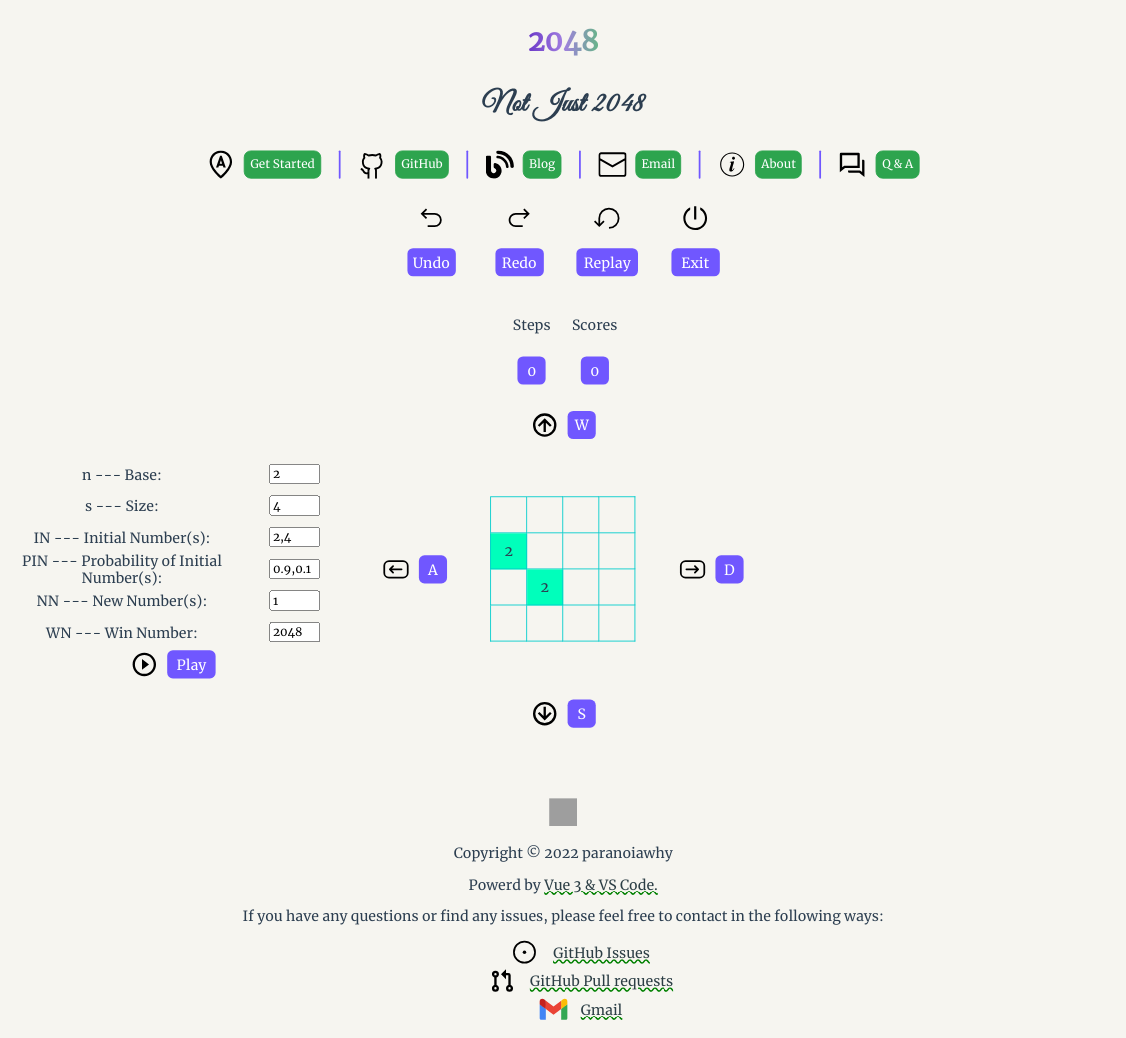
Repository: 321paranoiawhy/2048
Page: /
These files come from the project's save history. The page is drawn as it stood at one moment and after the next save; the edit follows.
The browser window is 1280 px wide. The pictures show the whole page, at 88% of full size.
Pictures or frames that could not be fetched are drawn as grey boxes. The project was rebuilt for these pictures with package versions that can differ from the ones it lists, and the page was loaded fresh each time. Also part of the build but not shown: vue.config.js.

Above is the page before, as saved 2022-04-29 20:45:59.

### src/App.vue
<template>
    <router-view />
</template>

<style lang="scss">
// 字体
@font-face {
    font-family: Merriweather-Regular;
    src: url(/src/assets/fonts/Merriweather-Regular.ttf);
}
#app {
    font-family: Merriweather-Regular;
    -webkit-font-smoothing: antialiased;
    -moz-osx-font-smoothing: grayscale;
    text-align: center;
    color: #2c3e50;
}
// 网页背景色 https://manuelmoreale.com/
html {
    background-color: #f6f5f0;
    scroll-behavior: smooth;
}
nav {
    padding: 30px;

    a {
        font-weight: bold;
        color: #2c3e50;

        &.router-link-exact-active {
            color: #42b983;
        }
    }
}
</style>

### src/components/footer.vue
<template>
    <!-- https://www.rapidtables.com/web/html/html-codes/html-code-copyright.html -->
    <!-- &copy; -->
    <!-- &#9400; -->
    <footer>
        <img
            src="../assets/images/IcRoundKeyboardDoubleArrowDown.svg"
            alt="DoubleArrowDown"
            class="double-arrow-down"
        />
        <p>Copyright &copy; 2022 paranoiawhy</p>
        <p>Powerd by <a>Vue 3 & VS Code.</a></p>
        <p>
            If you have any questions or find any issues, please feel free to
            contact in the following ways:
        </p>
        <ul>
            <li>
                <img src="../assets/images/CodiconIssues.svg" alt="" />
                <a
                    href="https://github.com/321paranoiawhy/2048-Vue/issues"
                    target="_blank"
                    >GitHub Issues
                </a>
            </li>
            <li>
                <img src="../assets/images/MdiSourcePull.svg" alt="" />
                <a
                    href="https://github.com/321paranoiawhy/2048-Vue/pulls"
                    target="_blank"
                    >GitHub Pull requests
                </a>
            </li>
            <li>
                <img src="../assets/images/LogosGoogleGmail.svg" alt="" />
                <a href="mailto:paranoiawhy@gmail.com">Gmail</a>
            </li>
        </ul>
    </footer>
</template>

<script>
export default {
    name: "Footer",
};
</script>

<style lang="scss">
// 定义图标尺寸
$width-height: 32px;
// 文字波浪下划线 https://developer.mozilla.org/zh-CN/docs/Web/CSS/text-decoration
footer a {
    text-decoration: green wavy underline;
    color: #2c3e45;
}
footer {
    margin-top: 80px;
    & .double-arrow-down {
        width: $width-height;
        height: $width-height;
    }
    & ul {
        width: fit-content;
        margin-left: auto;
        margin-right: auto;
        & li {
            display: flex;
            justify-content: center;
            align-items: center;
            & img {
                width: $width-height;
                height: $width-height;
                margin-right: 15px;
            }
        }
    }
}
</style>

Loaded but not shown: public/index.html (common file); src/main.js (common file); src/store/index.js (common file); src/router/index.js (41 lines, source omitted); src/views/HomeView.vue (1187 lines, source omitted)

After the next save:
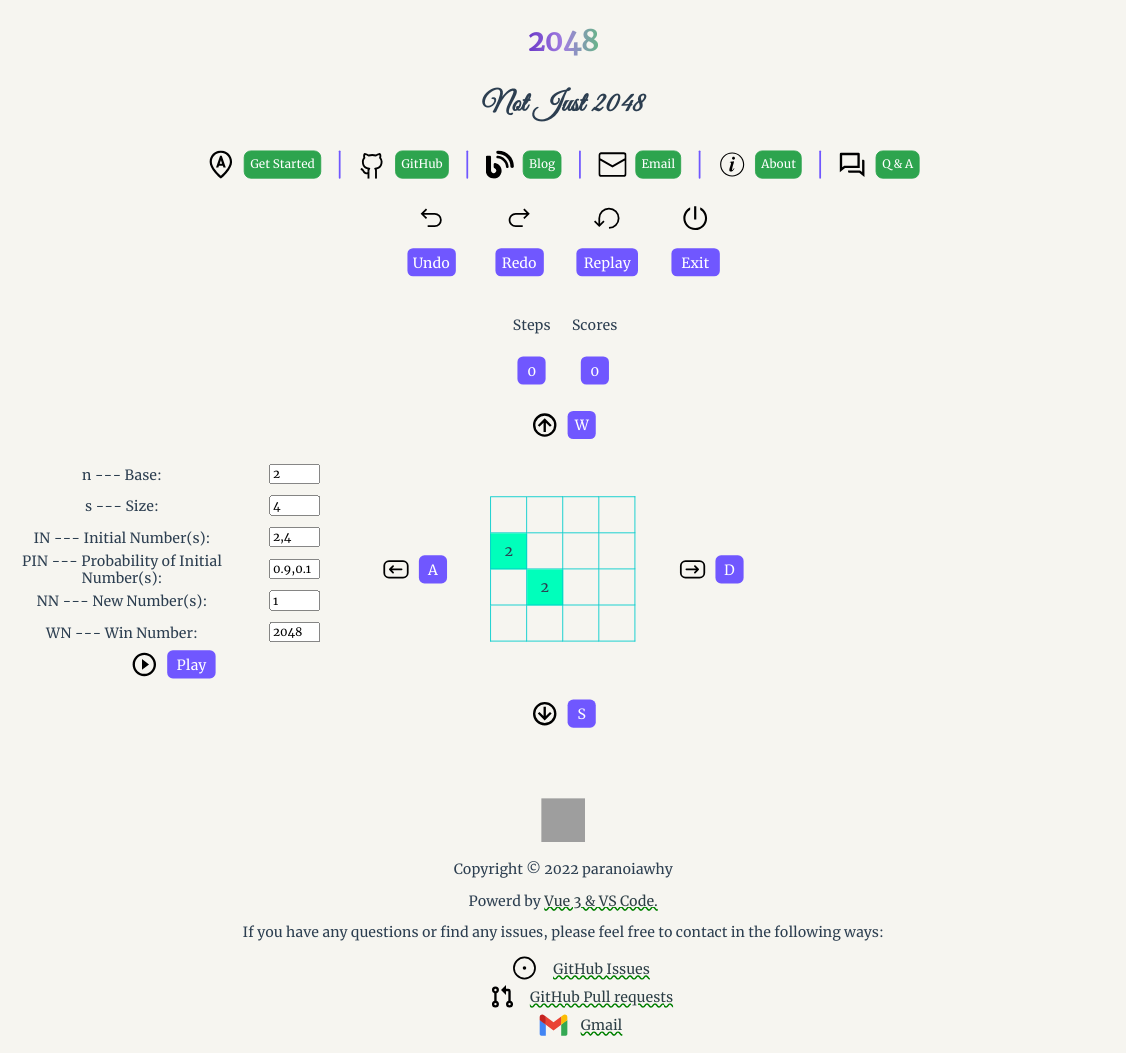
Saved 18 s later.
--- a/src/components/footer.vue
+++ b/src/components/footer.vue
@@ -56,8 +56,8 @@ footer a {
 footer {
     margin-top: 80px;
     & .double-arrow-down {
-        width: $width-height;
-        height: $width-height;
+        width: 50px;
+        height: 50px;
     }
     & ul {
         width: fit-content;
